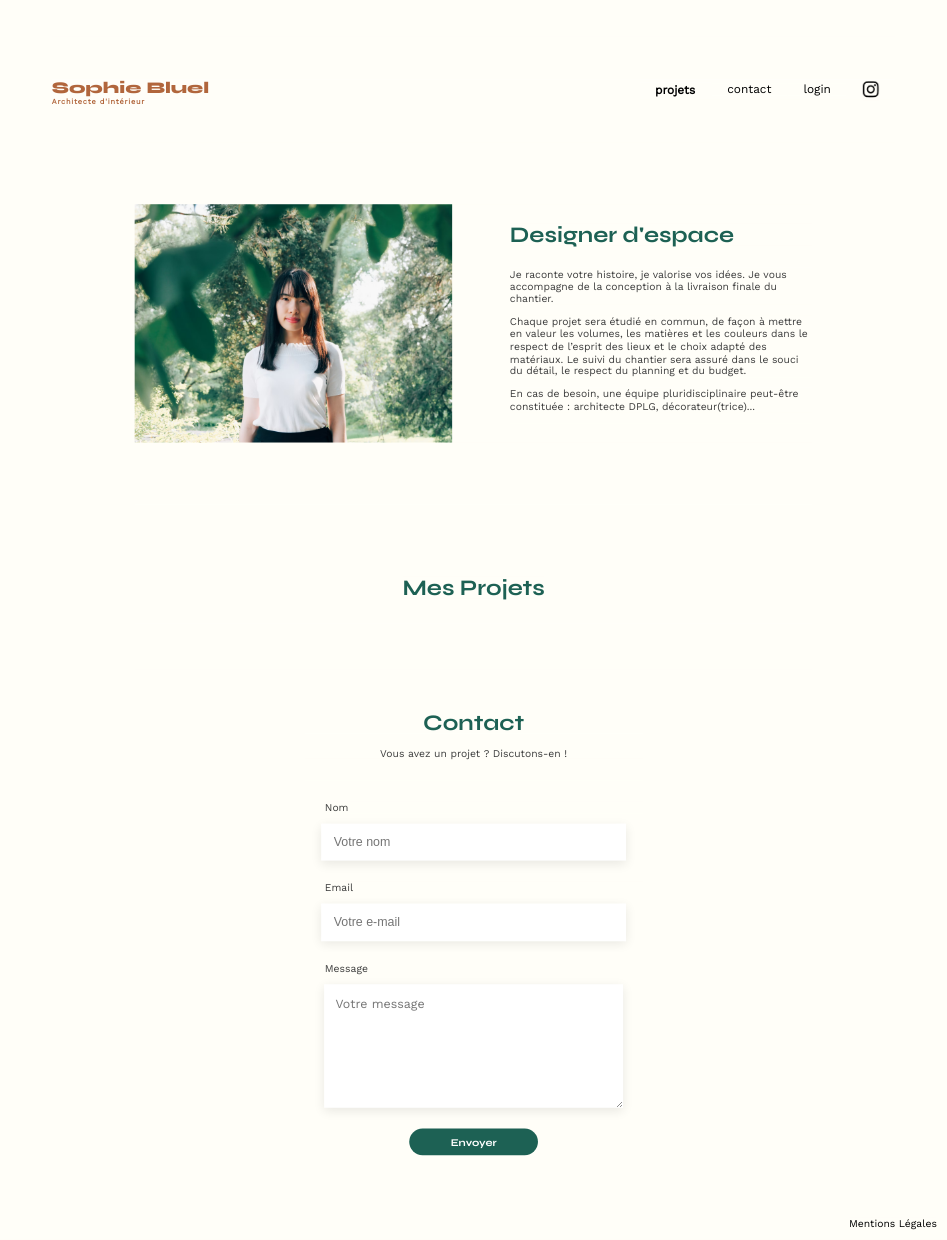
Repository: BlueSoley23/openclassrooms
Page: FrontEnd/index.html
These files come from the project's save history. The page is drawn as it stood at one moment and after the next save; the edit follows.
The browser window is 1280 px wide. The pictures show the whole page, at 74% of full size.
The page's requests for data from a server got no answer.

Above is the page before, as saved 2023-12-21 07:29:35.
Console error: TypeError: categories is not iterable

After the next save:
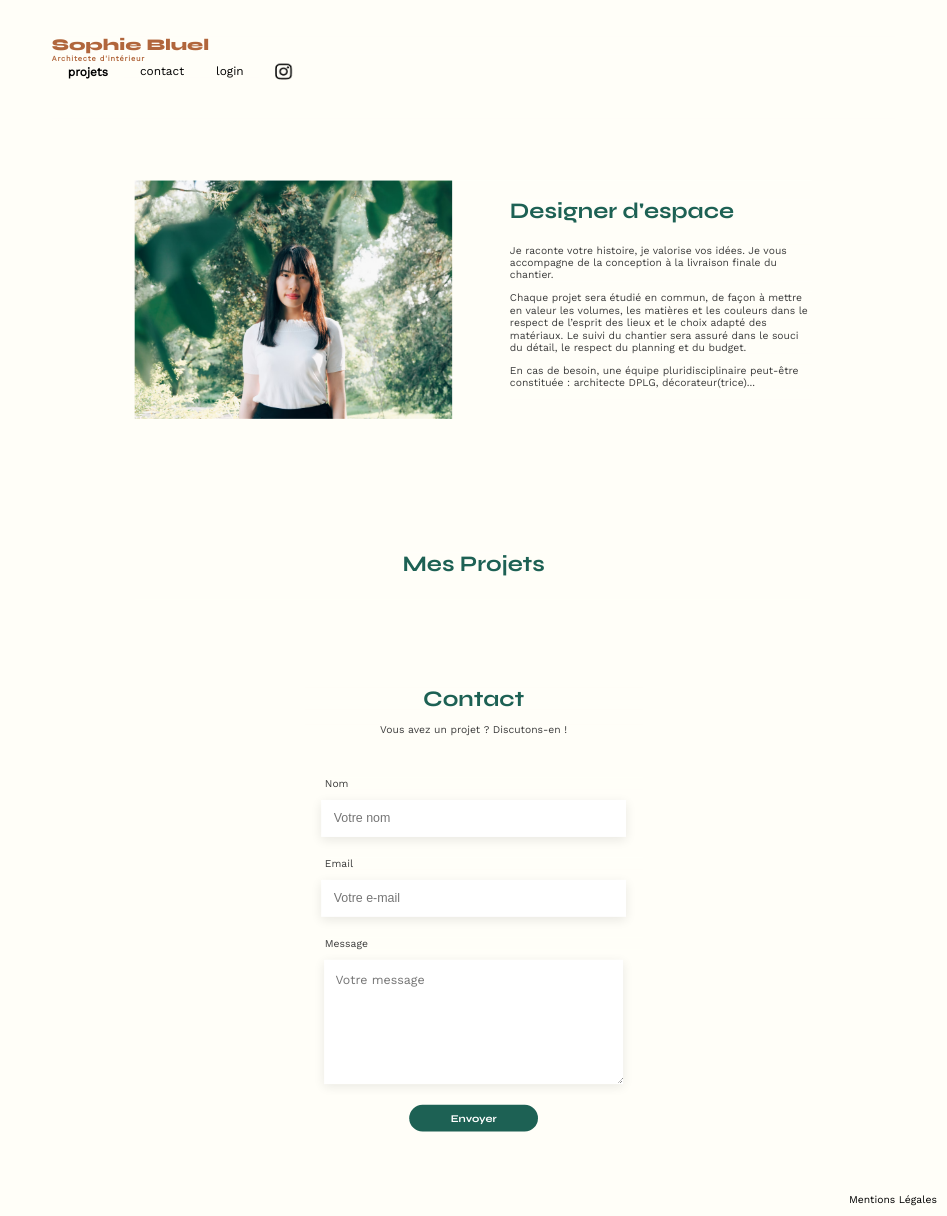
Saved 47 s later.
--- a/FrontEnd/index.html
+++ b/FrontEnd/index.html
@@ -80,7 +80,7 @@
 			<p class="edit-bar__title">Mode édition</p>
 		</div>
 
-		<div class="header-block">
+
 			<!-- En-tête de la page contenant un titre et un sous titre-->
 			<!-- Elements : title /  subtitle -->
 			<a href="./index.html"><h1 class="header__title">Sophie Bluel <span class="header__subtitle">Architecte d'intérieur</span></h1></a>
@@ -104,7 +104,6 @@
 				</ul>
 
 			</nav>
-		</div>
 	</header>
 
 	<!-- Contenu principal de la page -->
